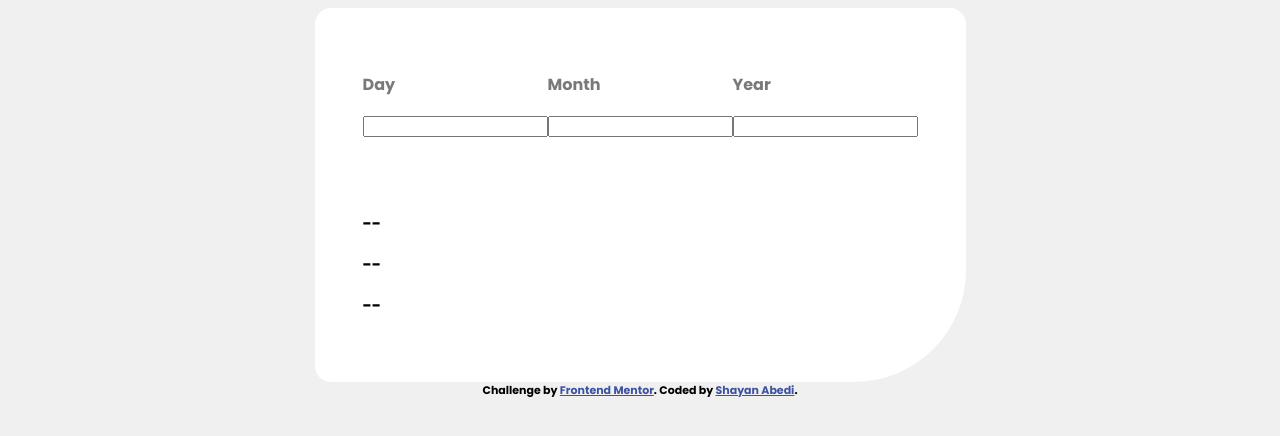
Repository: shayanabedi98/age-calculator
Page: index.html
These files come from the project's save history. The page is drawn as it stood at one moment and after a run of saves; the edit follows.
The browser window is 1280 px wide. The pictures show the whole page.

Above is the page before, as saved 2023-09-18 19:02:03.

After the next 4 saves:
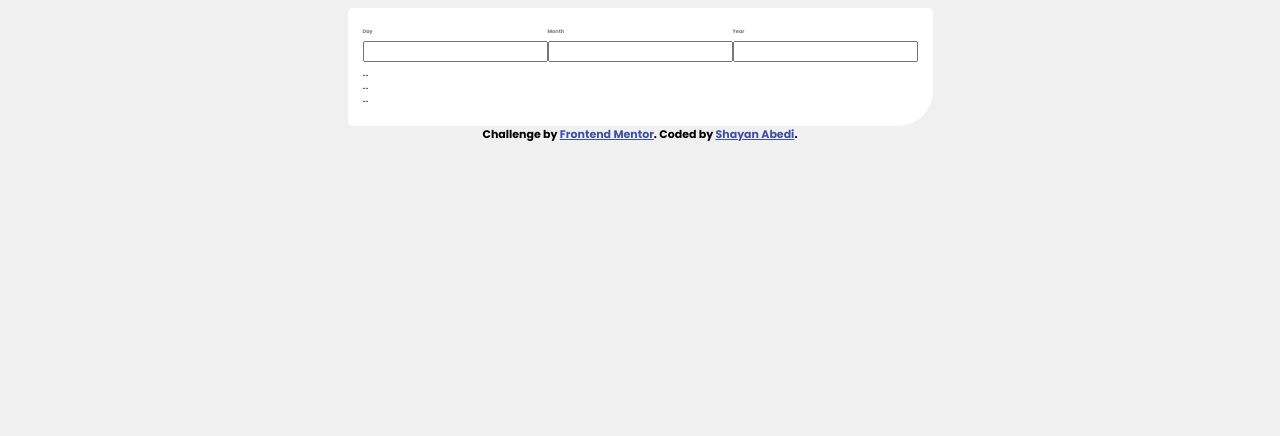
The 4 saves are shown as one change because they came seconds apart.
The last was saved 37 s later.
--- a/styles.css
+++ b/styles.css
@@ -4,7 +4,7 @@
 }
 
 html {
-    size: 200px;
+    font-size: 5px;
 }
 
 .attribution { font-size: 11px; text-align: center; }

After the save that followed:
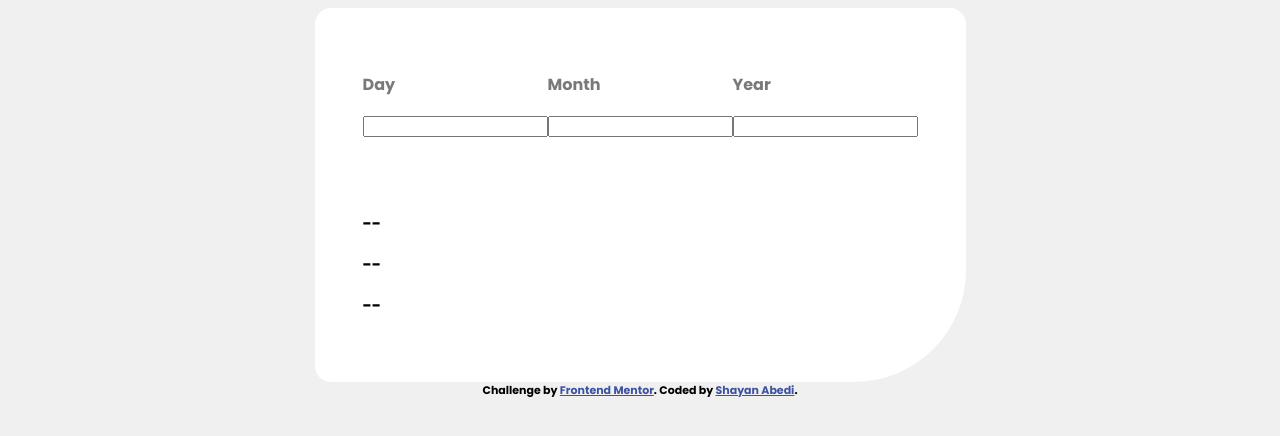
Saved 7 s later.
--- a/styles.css
+++ b/styles.css
@@ -1,10 +1,6 @@
 @font-face {
     font-family: Poppins-Bold;
     src: url(./assets/fonts/Poppins-Bold.ttf);
-}
-
-html {
-    font-size: 5px;
 }
 
 .attribution { font-size: 11px; text-align: center; }
